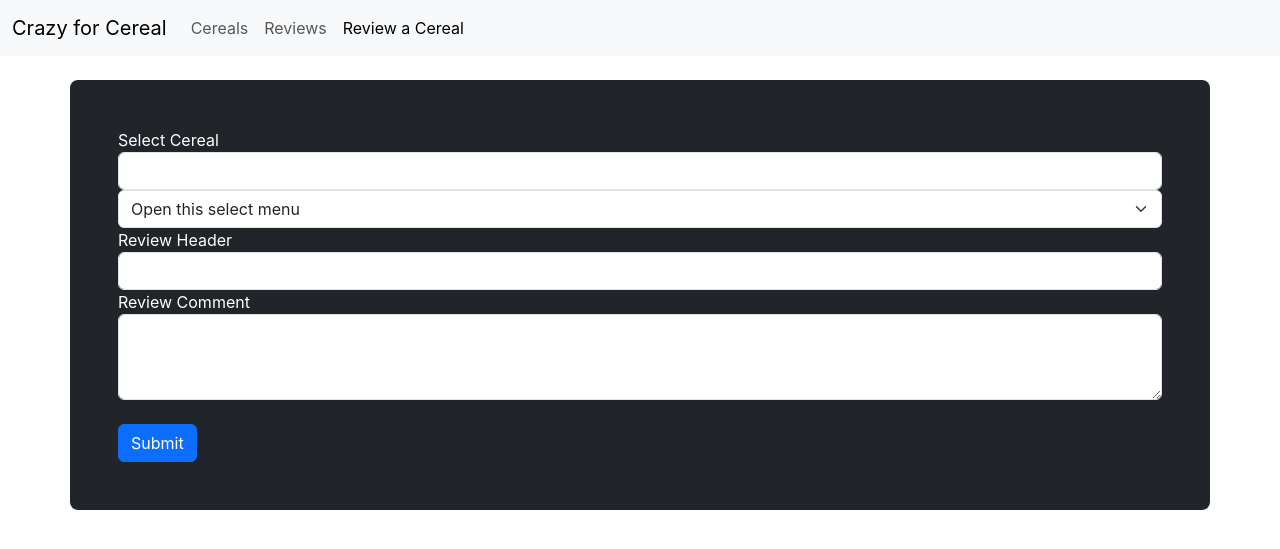
Repository: annferracane/project-3-sinatra
Page: /new-review (app in phase-3-project/)
The author's editor kept a copy of each file at every save. The page is drawn from the files as they stood at one save, then again after the next save.
The browser window is 1280 px wide. The pictures show the whole page.
The page's requests for data from a server got no answer. The project was rebuilt for these pictures with package versions that can differ from the ones it lists, and the page was loaded fresh each time. No one was signed in, and anything a server would have sent is missing. Also part of the build but not shown: phase-3-project/src/components/Cereal.js, phase-3-project/src/components/Cereals.js, phase-3-project/src/components/Main.js, phase-3-project/src/components/Review.js, phase-3-project/src/components/Reviews.js, phase-3-project/src/components/CerealDetail.js.

Above is the page before, as saved 2023-01-24 14:50:30.

### phase-3-project/public/index.html
<!DOCTYPE html>
<html lang="en">
  <head>
    <meta charset="utf-8">
    <link rel="icon" href="%PUBLIC_URL%/favicon.ico" />
    <meta name="viewport" content="width=device-width, initial-scale=1">
    <link rel="apple-touch-icon" href="%PUBLIC_URL%/logo192.png" />
    <link rel="manifest" href="%PUBLIC_URL%/manifest.json" />
    <title>Phase 3 - Cereal Reviews</title>
    <link rel="stylesheet" href="https://cdn.jsdelivr.net/npm/bootstrap@5.3.0-alpha1/dist/css/bootstrap.min.css" integrity="sha384-GLhlTQ8iRABdZLl6O3oVMWSktQOp6b7In1Zl3/Jr59b6EGGoI1aFkw7cmDA6j6gD" crossorigin="anonymous">
  </head>
  <body>
    <div id="root"></div>
    <script src="https://cdn.jsdelivr.net/npm/bootstrap@5.3.0-alpha1/dist/js/bootstrap.bundle.min.js" integrity="sha384-w76AqPfDkMBDXo30jS1Sgez6pr3x5MlQ1ZAGC+nuZB+EYdgRZgiwxhTBTkF7CXvN" crossorigin="anonymous"></script>
  </body>
</html>

### phase-3-project/src/index.js
import 'bootstrap/dist/css/bootstrap.css';
import React from 'react';
import ReactDOM from 'react-dom/client';
import { BrowserRouter } from "react-router-dom";
import './css/index.css';
import App from './components/App';
import reportWebVitals from './reportWebVitals';

const root = ReactDOM.createRoot(document.getElementById('root'));
root.render(
  <BrowserRouter>
    <App />
  </BrowserRouter>
);

// If you want to start measuring performance in your app, pass a function
// to log results (for example: reportWebVitals(console.log))
// or send to an analytics endpoint. Learn more: https://bit.ly/CRA-vitals
reportWebVitals();

### phase-3-project/src/components/App.js
import React, {useState, useEffect} from 'react';
import { Routes, Route } from "react-router-dom";
import NavBar from './NavBar';
import Main from './Main';
import Reviews from './Reviews';
import NewReview from './NewReview';
import CerealDetail from './CerealDetail';

function App() {
  const baseURL = "http://localhost:9292";

  const [reviews, setReviews] = useState([])
  const [cereals, setCereals] = useState([])
  const [users, setUsers] = useState([])

  // Reviews
  useEffect(() =>{
    fetch(`${baseURL}/reviews`)
    .then(resp => resp.json())
    .then(reviews => setReviews(reviews))
  },[])

  // Cereals
  useEffect(() =>{
    fetch(`${baseURL}/cereals`)
    .then(resp => resp.json())
    .then(cereals => setCereals(cereals))
  },[])

  // Users
  useEffect(() =>{
    fetch(`${baseURL}/users`)
    .then(resp => resp.json())
    .then(users => setUsers(users))
  },[])

  function addNewReview(mynewReview){
    setReviews([...reviews, mynewReview])
  }

  return (
    <div className="App">
      <NavBar />
      <Routes>
        <Route exact path="/" element={<><Main cereals={ cereals }/></>} />
        <Route path="/reviews" element={<><Reviews reviews={ reviews }/></>} />
        <Route path="/new-review" element={<><NewReview addNewReview={ addNewReview }/></>} />
        <Route path="/cereals/:id" element={<><CerealDetail cereal={ cereals }/></>} />
      </Routes>
    </div>
  )
}

export default App;

### phase-3-project/src/components/NavBar.js
import React from "react";
import { NavLink } from "react-router-dom";

function NavBar() {
    return (
        <nav className="navbar navbar-expand-lg bg-body-tertiary">
            <div className="container-fluid">
                <NavLink className="navbar-brand" to="/">Crazy for Cereal</NavLink>
                <button className="navbar-toggler" type="button" data-bs-toggle="collapse" data-bs-target="#navbarSupportedContent" aria-controls="navbarSupportedContent" aria-expanded="false" aria-label="Toggle navigation">
                    <span className="navbar-toggler-icon"></span>
                </button>
                <div className="collapse navbar-collapse" id="navbarSupportedContent">
                    <ul className="navbar-nav me-auto mb-2 mb-lg-0">
                        <li className="nav-item">
                            <NavLink exact className="nav-link" aria-current="page" to="/">Cereals</NavLink>
                        </li>
                        <li className="nav-item">
                            <NavLink exact className="nav-link" aria-current="page" to="/reviews">Reviews</NavLink>
                        </li>
                        <li className="nav-item">
                        <NavLink className="nav-link" to="/new-review">Review a Cereal</NavLink>
                        </li>
                    </ul>
                </div>
            </div>
        </nav>

    )
}

export default NavBar;

### phase-3-project/src/components/NewReview.js
import React, { useState } from 'react';
//import { useHistory } from 'react-router-dom';

function NewReview({ addNewReview }) {
    console.log(addNewReview)
    const [cerealId, setCerealId] = useState('');
    const [cerealName, setCerealName] = useState('');
    const [header, setHeader] = useState('');
    const [comment, setComment] = useState('');
    const [starRating, setStarRating] = useState('');
    //const history = useHistory();

    function handleSubmit(e) {

        e.preventDefault();

        const newReview = {
            cereal_id: cerealId,
            header: header,
            comment: comment,
            star_rating: starRating,
        }
        fetch(`http://localhost:9292/reviews`, {
        method: "POST",
        headers: {
            "Content-Type": "application/json",
        },
        body: JSON.stringify(newReview),
        })
        .then(resp => resp.json())
        .then(mynewReview => {
            addNewReview(mynewReview);
            //history.push(`/cereals/${mynewReview.id}`);
        });
    }
    return (
        <div className="container py-4">
            <div className="row align-items-md-stretch">
                <div className="p-5 text-bg-dark rounded-3">
                    <form onSubmit={ handleSubmit }>
                        <div className="form-group">
                            <label htmlFor="title">Select Cereal</label>
                            <input type="text" className="form-control" id="title-Input" value={ cerealId } />
                            <select className="form-select" value={ cerealId } onChange={(e) => setCerealId(e.target.value)} aria-label="Default select example">
                                <option selected>Open this select menu</option>
                                <option value="1">One</option>
                                <option value="2">Two</option>
                                <option value="3">Three</option>
                            </select>
                        </div>
                        <div className="form-group">
                            <label htmlFor="url">Review Header</label>
                            <input type="text" className="form-control" id="image" value={header} onChange={(e) => setHeader(e.target.value)} />
                        </div>
                        <div className="form-group">
                            <label htmlFor="comments">Review Comment</label>
                            <textarea className="form-control" id="exampleFormControlTextarea1" rows="3" value={comment} onChange={(e) => setComment(e.target.value)}></textarea>
                        </div>
                        <br></br>
                        <button type="submit" className="btn btn-primary">Submit</button>
                    </form>
                </div>
            </div>
        </div>
    )
}

export default NewReview

Loaded but not shown: phase-3-project/src/css/index.css (common file); phase-3-project/src/reportWebVitals.js (common file)

After the next save:
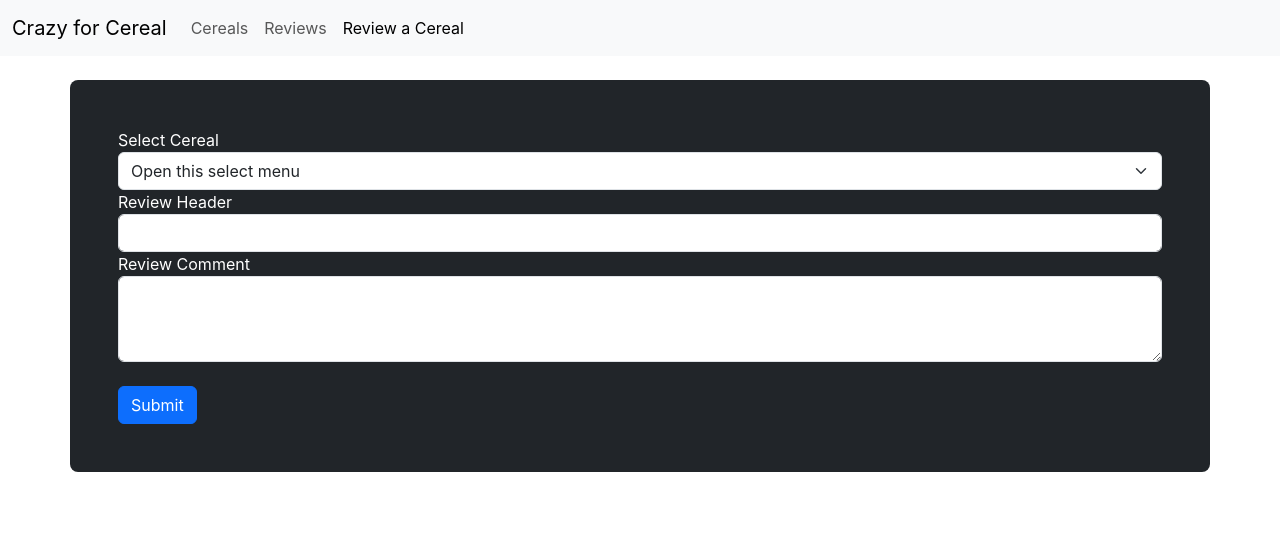
Saved 13 s later.
--- a/phase-3-project/src/components/NewReview.js
+++ b/phase-3-project/src/components/NewReview.js
@@ -40,7 +40,6 @@ function NewReview({ addNewReview }) {
                     <form onSubmit={ handleSubmit }>
                         <div className="form-group">
                             <label htmlFor="title">Select Cereal</label>
-                            <input type="text" className="form-control" id="title-Input" value={ cerealId } />
                             <select className="form-select" value={ cerealId } onChange={(e) => setCerealId(e.target.value)} aria-label="Default select example">
                                 <option selected>Open this select menu</option>
                                 <option value="1">One</option>
